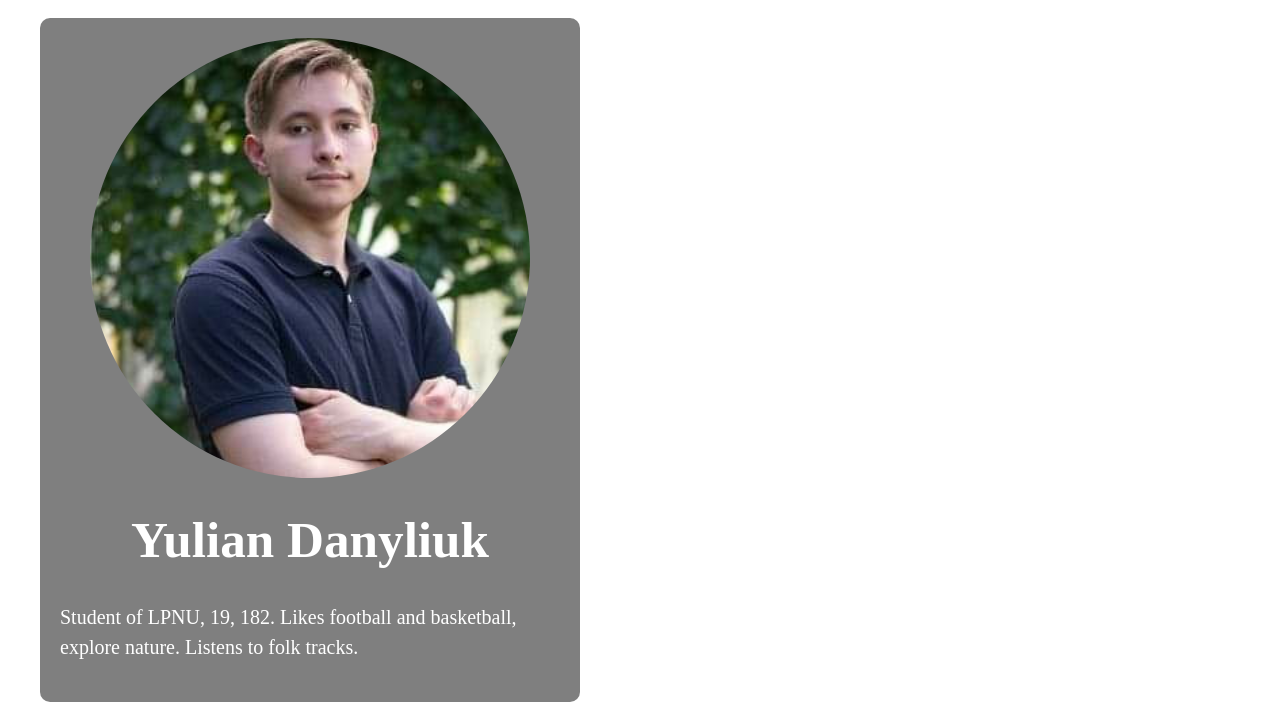
Repository: Romenjo/sombra-app
Page: /
The author's editor kept a copy of each file at every save. The page is drawn from the files as they stood at one save, then again after the next save.
The browser window is 1280 px wide. The pictures show the whole page.
The project was rebuilt for these pictures with package versions that can differ from the ones it lists, and the page was loaded fresh each time. Also part of the build but not shown: vite.config.ts, src/App.css.

Above is the page before, as saved 2023-12-07 12:25:22.

### src/App.tsx
//import { useState } from "react";
import "./App.css";
//import ImagePlacer from "./components/ImagePlacer";
//import DescriptionBox from "./components/DescriptionBox";
import Card from "./components/Card";
import HorizontalStack from "./components/HorizontalStack";
import DanyliukImage from "./images/danyliuk.jpg";

function App() {
  return (
    <>
      <HorizontalStack>
        <Card
          imageUrl={DanyliukImage}
          name="Yulian Danyliuk"
          description="Student of LPNU, 19, 182. Likes football and basketball, explore nature.
          Listens to folk tracks."
          glowColor="niagara"
        />
      </HorizontalStack>
    </>
  );
}

export default App;

### src/components/Card.tsx
import React from 'react';
import "../App.css";
import ImagePlacer from './ImagePlacer';
import DescriptionBox from './DescriptionBox';


interface CardProps {
  imageUrl: string;
  name: string;
  description: string;
  glowColor: string;
}

const Card: React.FC<CardProps> = ({ imageUrl, name, description, glowColor }) => {
  const styles = {
    card: {
      backgroundColor: 'rgba(0, 0, 0, 0.5)',
      backdropFilter: 'blur(10px)',
      boxShadow: `0 0 10px ${glowColor}`,
      color: 'white',
      padding: '20px',
      borderRadius: '10px',
      width: '500px',
      margin: 'auto 40px'
    },
  };

  return (
    <div style={styles.card} className="center">
      <ImagePlacer imageUrl={imageUrl} />
      <DescriptionBox name={name} description={description} />
    </div>
  );
};

export default Card;

### src/components/HorizontalStack.tsx
import React from "react";

interface HorizontalStackProps {
  children: React.ReactNode;
}

const HorizontalStack: React.FC<HorizontalStackProps> = ({ children }) => {
  return (
    <div style={{ display: "flex", justifyContent: "center" }}> {children}</div>
  );
};

export default HorizontalStack;

### src/components/ImagePlacer.tsx
import React from 'react';

const ImagePlacer = ({ imageUrl }) => {
  const styles = {
    borderRadius: '50%',
    overflow: 'hidden',
    width: '440px',
    height: '440px',
    margin: '0 auto',
  };

  return (
    <div style={styles}>
      <img src={imageUrl} alt="User" className="img-fluid" style={{ width: '100%', height: '100%', objectFit: 'cover' }} />
    </div>
  );
};

export default ImagePlacer;

### src/components/DescriptionBox.tsx
import React from 'react';

interface DescriptionBoxProps {
  name: string;
  description: string;
}

const DescriptionBox: React.FC<DescriptionBoxProps> = ({ name, description }) => {
  return (
    <div style={{ maxWidth: '500px', wordWrap: 'break-word', margin: '0 auto'}}>
      <h1 style={{ fontFamily: 'Alice', fontWeight: 'bold', textAlign: 'center' }}>{name}</h1>
      <p style={{ fontFamily: 'Alice', fontSize: '20px' }}>{description}</p>
    </div>
  );
};

export default DescriptionBox;

Loaded but not shown: index.html (common file); src/main.tsx (common file); src/index.css (common file)

After the next save:
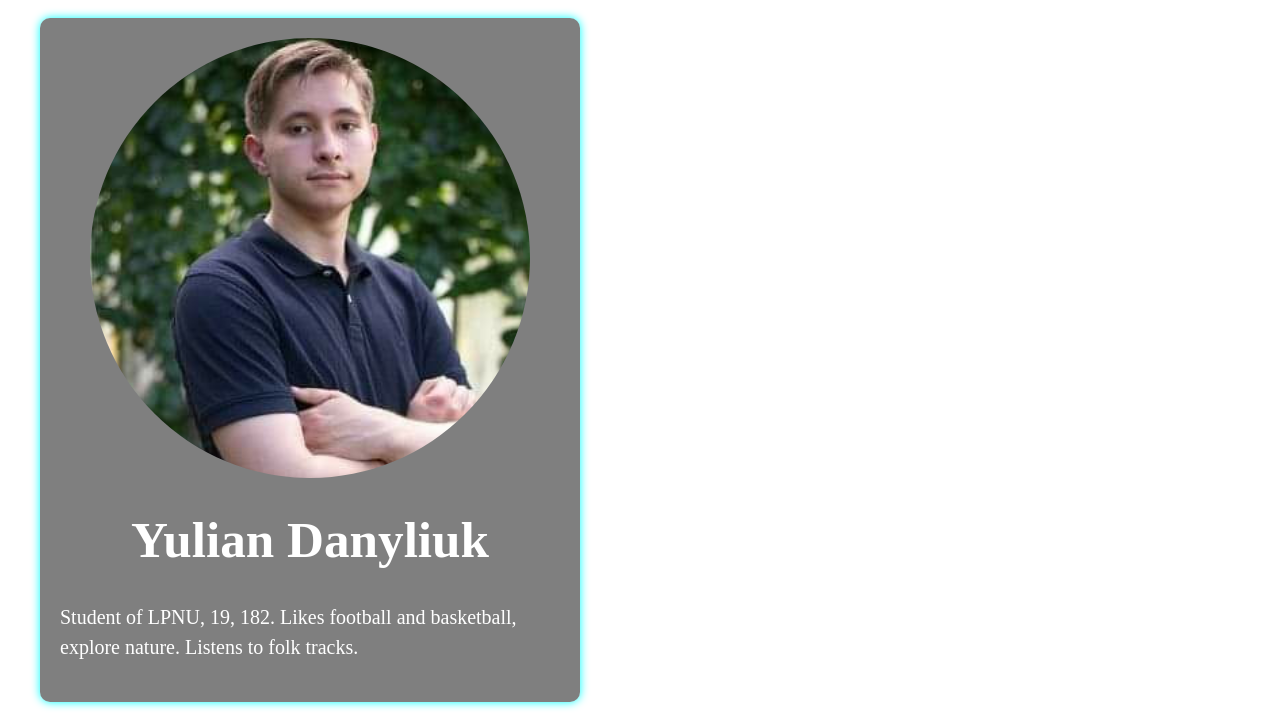
Saved 60 s later.
--- a/src/App.tsx
+++ b/src/App.tsx
@@ -15,7 +15,7 @@ function App() {
           name="Yulian Danyliuk"
           description="Student of LPNU, 19, 182. Likes football and basketball, explore nature.
           Listens to folk tracks."
-          glowColor="niagara"
+          glowColor="aqua"
         />
       </HorizontalStack>
     </>
